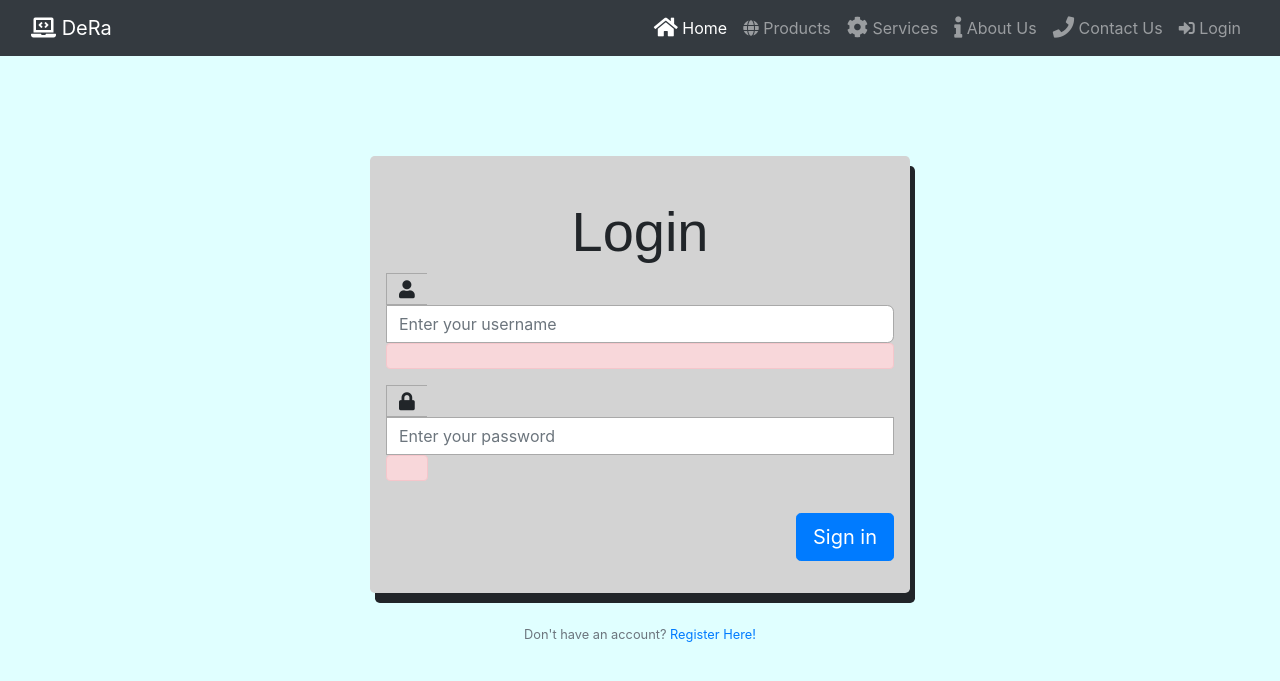
Repository: deividwsantoss/web6201-Lab1
Page: login.html
These files come from the project's save history. The page is drawn as it stood at one moment and after the next save; the edit follows.
The browser window is 1280 px wide. The pictures show the whole page.

Above is the page before, as saved 2021-03-03 20:39:05.

### login.html
<!DOCTYPE html>
<html lang="en">
<head>
    <meta charset="UTF-8">
    <meta name="viewport" content="width=device-width, initial-scale=1.0">
    <title>Login</title>
    <!-- CSS Section -->
    <link rel="stylesheet" href="./node_modules/bootstrap/dist/css/bootstrap.min.css">
    <link rel="stylesheet" href="./node_modules/@fortawesome/fontawesome-free/css/all.min.css">
    <link rel="stylesheet" href="./Content/app.css">
</head>
<body class="bodyLogin">
    <!-- Main Header -->
    <header>
        <!-- Main Navigation -->
        <header>
          <!-- Main Navegation-->
          <nav class="navbar navbar-expand-lg navbar-dark bg-dark">
              <div class="container-fluid">
                <a class="navbar-brand" href="index.html"><i class="fas fa-laptop-code"></i> DeRa</a>
                <button class="navbar-toggler" type="button" data-bs-toggle="collapse" data-bs-target="#navbarSupportedContent" aria-controls="navbarSupportedContent" aria-expanded="false" aria-label="Toggle navigation">
                  <span class="navbar-toggler-icon"></span>
                </button>
                <div class="collapse navbar-collapse" id="navbarSupportedContent">
                  <ul id="mainUl" class="navbar-nav ml-auto mb-2 mb-lg-0">
                    <li class="nav-item">
                      <a class="nav-link active" aria-current="page" href="index.html"><i class="fas fa-home fa-lg"></i> Home</a>
                    </li>
                    <li class="nav-item">
                      <a id="prod" class="nav-link" aria-current="page" href="products.html"><i class="fas fa-globe" name="prod"></i> Products</a>
                    </li>
                    <li class="nav-item">
                      <a class="nav-link" aria-current="page" href="services.html"><i class="fas fa-cog fa-lg"></i> Services</a>
                    </li>
                    <li class="nav-item">
                      <a id="aboutId" class="nav-link" aria-current="page" href="about.html"><i class="fas fa-info fa-lg"></i> About Us</a>
                    </li>
                    <li class="nav-item">
                      <a id="contactId" class="nav-link" aria-current="page" href="contact.html"><i class="fas fa-phone fa-lg"></i> Contact Us</a>
                    </li>
                    <li id="login" class="nav-item">
                      <a class="nav-link" aria-current="page" href="login.html"><i class="fas fa-sign-in-alt"></i> Login</a>
                    </li>
                  </ul>

                </div>
              </div>
            </nav>

      </header>

    <!-- Main Content -->
    <main class="container" id="mainContent">
      <div class="row">
          <div class="offset-md-3 col-md-6 col-sm-12">

                <div class="login" id="contentArea">

                    <h1 class="display-4">Login</h1>
                    <form id="loginForm" novalidate>

                      <div class="form-group">
                        <div class="input-group">
                          <span class="input-group-addon">
                            <i class="fa fa-user">
                            </i>
                          </span>
                          <input type="text" class="form-control" id="contactName" name="userName"  class="userName" required
                          value="" placeholder="Enter your username">
                        </div>
                        <div id="messageArea" class="alert alert-danger text-center" role="alert"></div>

                      </div>

                      <div class="form-group">
                        <div class="input-group">
                          <span class="input-group-addon">
                            <i class="fa fa-lock">
                            </i>
                          </span>
                          <input type="password" class="form-control" id="password" name="password" class="userPassword" required
                          value="" placeholder="Enter your password">
                          <div id="messageArea" class="alert alert-danger text-center" role="alert"></div>
                        </div>

                      </div>
                      <div class="text-right">
                        <button id="btnSubmit" type="button" class="btn btn-primary btn-lg">Sign in</button>
                      </div>
                    </form>

                </div>
                <p class="text-center text-muted small">
                  Don't have an account?
                  <a href="register.html">Register Here!</a>
                </p>
          </div>
      </div>
  </main>

    <!-- Main Footer -->


    <!-- Script Section-->
    <script src="./node_modules/jquery/dist/jquery.min.js"></script>
    <script src="./node_modules/bootstrap/dist/js/bootstrap.bundle.min.js"></script>
    <script src="./Scripts/namespace.js"></script>
    <script src="./Scripts/app.js"></script>
</body>
</html>

### Content/app.css
/* app.js

Author: Deivid Santos   ID: 100731640
Author: S m hasibur Rahman  ID:100765652

Date Completed: 02.04.2021
*/

html{
    height: 100%;
}
body{
    height: 100%;


}
.bg{
    background-image: url("Background-White.jpg");
    background-repeat: no-repeat;
    background-size: cover;
    background-position: center;
    opacity: 0.8;
    height: 100%;
}

.contactimage{
    background-image:url("contactimg.jpg");
    background-repeat: no-repeat;
    background-size: cover;
    background-position: center;
    opacity: 0.8;
}
.productsbg {
    background-image:url("productsbg.jpg");
    background-repeat: no-repeat;
    background-size: cover;
    background-position: center;
    opacity: 0.8;
    height: 778px;
}

.servicesbackgroud{
    height: 1200px;
    background-image:url("services.jpg");
    background-repeat: repeat;
    background-size: cover;
    background-position: center;
    opacity: 0.8;


}
.aboutus{
    background-image:url("bgimage.jpg");
    background-repeat: no-repeat;
    background-size: cover;
    background-position: center;
    opacity: 0.8;
}
#hrbg{
    background-image:url("hr.jpg");
    background-repeat: no-repeat;
    background-size: cover;
    background-position: center;
    opacity: 0.8;
}

#paragraphOne {
    color: black;
    font-size: 220%;
    margin-top: 25%;
    text-shadow: 2px 2px 4px #000;
    font-family: cursive;
    font-weight: bold;

}
h1{
    margin-top: 2%;
}

#custompg{
    width: 400px;

}

#projectsImg{
    width: 150px;
    margin-top: 10%;
}

#pic{
    width:310px; /* you can use % */
    height: auto;
}
/* */
#formId {
    margin-top: 5%;
}

#aboutmain{
    margin-top: 70px;
}
#dlParagraph{
    margin-top: 10%;
    margin-top: 20%;
    font-size: large;
    font-weight: bold;
}
#scotiaParagraph{
    margin-top: 15%;
    font-size: large;
    font-weight: bold;
}

#mainInformation{
    margin-top: 5%;
    margin-right: 0%;
    margin-left: 0%;
}
#mobileInfo{
    margin-top: 10%;
}

#canadianParagraph {
    margin-top: 15%;
    font-size: large;
    font-weight: bold;
}

.names {
    font-size: larger;
    font-weight: bold;
}

#hrMessage{
    text-align: center;
    margin-top: 200px;
    font-weight: bold;
    font-size: x-large;
}
.input-group-addon:first-child
{
    border-right: 0;
}

.input-group-addon
{
    padding: 6px 12px;
    font-size: 14px;
    font-weight: 400;
    line-height: 1;
    text-align: center;
    border: 1px solid darkgrey;
    border-radius: 4xpx;
}

.input-group-addon .fa
{
    font-size: 18px;
}

.input-group .form-control
{
    position:relative;
    z-index: 2;
    float:left;
    width: 100%;
    margin-bottom: 0;
}

.input-group .form-control:last-child
{
    border-top-left-radius: 0;
    border-bottom-left-radius: 0;
}



.login
{
    padding: 2rem 1rem;
    margin-bottom: 2rem;
    background-color: lightgrey;
    border-radius: .3rem;
    margin-top: 100px;
    box-shadow: 5px 10px;
}

.login input
{
    background-color: white;
    border-color: darkgrey;
    border-radius: .4em;
    width: 100%;
}
.login h1{
    position: static;
    text-align:center;
    font-family: sans-serif;
}

body{
    background-color: lightcyan;
}

### Scripts/namespace.js
/*
* Student: Deivid Santos
* ID: 100731640
*/

// namespace core

let core;

### Scripts/app.js
/* app.js

Author: Deivid Santos   ID: 100731640
Author: S m hasibur Rahman  ID:100765652

Date Completed: 02.04.2021
*/


"use strict";

((core) =>
{

    function addHr(){

        let navIn = document.getElementById("mainUl");

        let liCreate = document.createElement('li');

        liCreate.innerHTML = `<a id="prod" class="nav-link" aria-current="page" href="hr.html"><i class="fas fa-globe" name="prod"></i> Human Resources</a>`;

        navIn.insertBefore(liCreate, navIn.getElementsByTagName("li")[4]);

    }


    function addFooter(){


        const body = document.body;
        let footerNav = document.createElement('footer');

        footerNav.innerHTML = `<nav class="navbar fixed-bottom navbar-light bg-light">
        <div class="container-fluid">
          <h4 ><i class="fas fa-copyright fa-sm"></i> Copyright 2021 </h4>
      </div>
        </nav>`

        body.appendChild(footerNav);

    }

    function Projects(){
        let productsElement = document.getElementById("prod");
        let prod = `<a id="prod" class="nav-link" aria-current="page" href="products.html"><i class="fas fa-globe" name="prod"></i> Projects</a>`;


        productsElement.innerHTML = prod;

        let prodNameElement = document.getElementById("prodName");
        let projectName = `<h1 id="prodName" class="text-center">Our Projects</h1>`

        prodNameElement.innerHTML = projectName;
    }
    function displayHome(){
        let paragraphOneText = "Welcome to DeRa Development Website for WebD6201";
        let paragraphOneElement = document.getElementById("paragraphOne");

        paragraphOneElement.textContent = paragraphOneText;
        paragraphOneElement.className = "fs-6 ";
    }
    function displayAbout(){

        let NameOneText = "Deivid Santos";
        let NameOneElemenet = document.getElementById("nameOne");

        NameOneElemenet.innerText = NameOneText;

        let NameTwoText = "Hasibur Rahman";
        let NameTwoElemenet = document.getElementById("nameTwo");

        NameTwoElemenet.innerText = NameTwoText;


    }
    function displayProducts(){

        //deloitte
        let dlText = "DeRa is proud for leading the main developing project for DL."
        let dlElement = document.getElementById("dlParagraph");

        dlElement.textContent = dlText;

        //Scotia
        let scotiaText = "Another Big company we are proud to have worked with"
        let scotiaElement = document.getElementById("scotiaParagraph");

        scotiaElement.textContent = scotiaText;
        // Canadian Tire

        let canadianParagraphText = "In 2020 we had the opportunity to work with one of the biggest companies in Canada! ";
        let canadianElement = document.getElementById("canadianParagraph");

        canadianElement.innerText = canadianParagraphText;

    }
    function displayHR(){
        let hrText = "Please, our Human Resources would be happy to get in touch with you by humanresources@dera.ca";
        let hrElement = document.getElementById("hrMessage");

        hrElement.innerText = hrText;
    }
    function displayServices(){

        //intro text
        let servicesIntroText = "DeRa Development can provide you the best customized solution for you";
        let servicesIntroElement = document.getElementById("serviceIntro");
        servicesIntroElement.textContent = servicesIntroText;

        // custom dev text
        let customParagraphText = "DeRa Development have been delivering successful custom programs to our clients since the date we were born. \nSince DeRa was born we have seen a rapid change in website technology which we were always able to adapt";
        let customParagraphElement = document.getElementById("customParagraph");

        customParagraphElement.innerText = customParagraphText;

        //mobile text

        let mobileParagraphText = "We have the knowledge and skills to provide you the best quality solution for any kind of device. \nMobile development is one of our strengths.";
        let mobileParagraphElement = document.getElementById("mobileInfo");

        mobileParagraphElement.innerText = mobileParagraphText;

        //design paragraph
        let webDesignParagraphText = "Our high quality design makes the user interaction a whole new journey";
        let webDesignParagraphElement = document.getElementById("DesParagraph");

        webDesignParagraphElement.innerText = webDesignParagraphText;
    }
    function displayContact(){


      formValidation();


        let sendButton = document.getElementById("sendButton");
        sendButton.addEventListener("click", function(event){
            event.preventDefault();
        });
        document.getElementById("sendButton").onclick = function (){
            location.href = "index.html"
        };

    }
    function displayLogin(){

      loginValidation();


    }
    function displayContactList()
    {
      if (localStorage.length > 0)
      {
        let contactList = document.getElementById("contactList");

        let data = "";

        for (let index = 0; index < localStorage.length; index++)
        {
          let contactData = localStorage.getItem((index + 1).toString());

          let contact = new core.Contact();
          contact.deserialize(contactData);

          data += `<tr>
          <th scope="row">${index + 1}</th>
          <td>${contact.FullName}</td>
          <td>${contact.ContactNumber}</td>
          <td>${contact.EmailAddress}</td>
          <td class="text-center"><button value="${index + 1}" class="btn btn-primary btn-sm edit"><i class="fas fa-edit fa-sm"></i> Edit</button></td>
          <td class="text-center"><button value="${index + 1}" class="btn btn-danger btn-sm delete"><i class="fas fa-trash-alt fa-sm"></i> Delete</button></td>
        </tr>`;
        }

        contactList.innerHTML = data;

        //TODO - need to create an edit page
        $("button.edit").on("click", function(){
          console.log($(this).val());
         });

         //TODO - need to fix this item - it breaks when we delete a middle item
         $("button.delete").on("click", function(){
           if(confirm("Are you sure?"))
           {
            localStorage.removeItem($(this).val());
            location.href = "contact-list.html"; // refresh the page
           }
         });
      }
    }
    function testFullName()
    {
      let messageArea = $("#messageArea").hide();
      let fullNamePattern = /([A-Z][a-z]{1,25})+(\s|,|-)([A-Z][a-z]{1,25})+(\s|,|-)*/;


        $("#fullName").on("blur", function()
        {
          if(!fullNamePattern.test($(this).val()))
          {
            $(this).trigger("focus").trigger("select");
            messageArea.show().addClass("alert alert-danger").text("Please enter a valid Full Name. This must include at least a Capitalized first name followed by a Capitlalized last name.");
          }
          else
          {
              messageArea.removeAttr("class").hide();
          }
        });
    }

    function testContactNumber()
    {
      let messageArea = $("#messageArea");
      let contactNumberPattern = /^(\+\d{1,2}\s)?\(?\d{3}\)?[\s.-]?\d{3}[\s.-]?\d{4}$/;

        $("#contactNumber").on("blur", function()
        {
          if(!contactNumberPattern.test($(this).val()))
          {
            $(this).trigger("focus").trigger("select");
            messageArea.show().addClass("alert alert-danger").text("Please enter a valid Contact Number. Country code and area code are both optional");
          }
          else
          {
              messageArea.removeAttr("class").hide();
          }
        });
    }
    function testEmailAddress()
    {
      let messageArea = $("#messageArea");
      let emailAddressPattern = /^([a-zA-Z0-9._%-]+@[a-zA-Z0-9.-]+\.[a-zA-Z]{2,6})*$/;

        $("#emailAddress").on("blur", function()
        {
          if(!emailAddressPattern.test($(this).val()))
          {
            $(this).trigger("focus").trigger("select");
            messageArea.show().addClass("alert alert-danger").text("Please enter a valid Email Address.");
          }
          else
          {
              messageArea.removeAttr("class").hide();
          }
        });
    }
    function testUserName(){


        let messageArea = $("#messageArea");
        let userNamePattern = /^(?=.*[A-Za-z0-9]$)[A-Za-z][A-Za-z\d.-]{0,19}$/;

        $("#contactName").on("blur", function()
        {
          if(!userNamePattern.test($(this).val()))
          {
            $(this).trigger("focus").trigger("select");
            messageArea.show().addClass("alert alert-danger").text("Please enter a valid user name.");
          }
          else
          {
              messageArea.removeAttr("class").hide();
          }
        });

    }
    function testPassword(){


        let messageArea = $("#messageArea");
        let userPasswordPattern = /^(?=.*[A-Za-z])(?=.*\d)[A-Za-z\d]{8,}$/;

        $("#password").on("blur", function()
        {
          if(!userPasswordPattern.test($(this).val()))
          {
            $(this).trigger("focus").trigger("select");
            messageArea.show().addClass("alert alert-danger").text("Please enter a valid user name.");
          }
          else
          {
              messageArea.removeAttr("class").hide();
          }
        });

    }

    function loginValidation(){
        testUserName();
        testPassword();

    }
    function formValidation()
    {
      testFullName();
      testContactNumber();
      testEmailAddress();
    }



    function Start(){
        console.log("App Start...");

        switch (document.title) {

            case 'Home':
                displayHome();
                break;
            case 'About':
                displayAbout();
                break;
            case 'Products':
                displayProducts();
                break;
            case 'Services':
                displayServices();
                break;
            case 'Contact':
                displayContact();
                break;
            case 'HR':
                displayHR();
                break;
            case 'Login':
                displayLogin();
                break;
            case 'Register':
                break;
            case "Contact-List":
                displayContactList();
                break;

        }


    }

  //  window.addEventListener("load",addFooter);
   // window.addEventListener("load",Projects);
   // window.addEventListener("load",Start);
   // window.onload = addHr();

   window.addEventListener("load", Start);

    core.Start = Start;

})(core || (core={}));

Loaded but not shown: node_modules/bootstrap/dist/css/bootstrap.min.css (library); node_modules/@fortawesome/fontawesome-free/css/all.min.css (library); node_modules/jquery/dist/jquery.min.js (library); node_modules/bootstrap/dist/js/bootstrap.bundle.min.js (library)

After the next save:
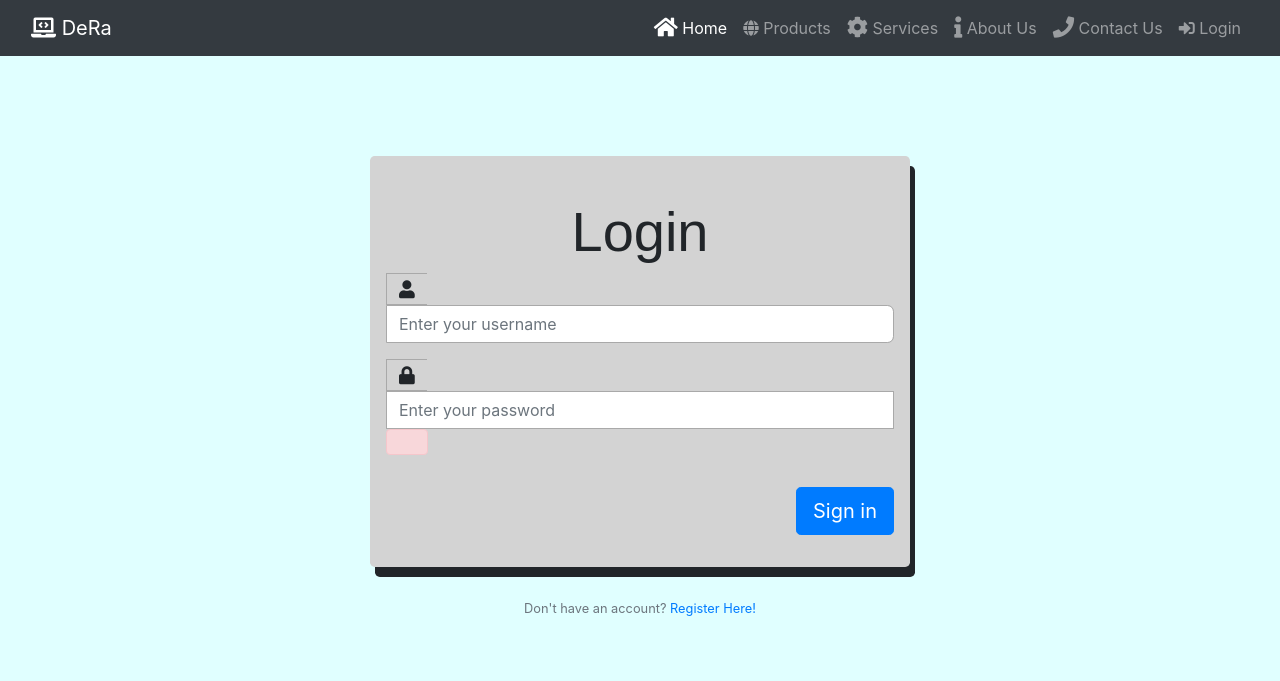
Saved 4 min 12 s later.
--- a/Scripts/app.js
+++ b/Scripts/app.js
@@ -145,6 +145,8 @@ Date Completed: 02.04.2021
     function displayLogin(){
 
       loginValidation();
+      let messageArea = $("#messageArea").hide();
+
 
 
     }
